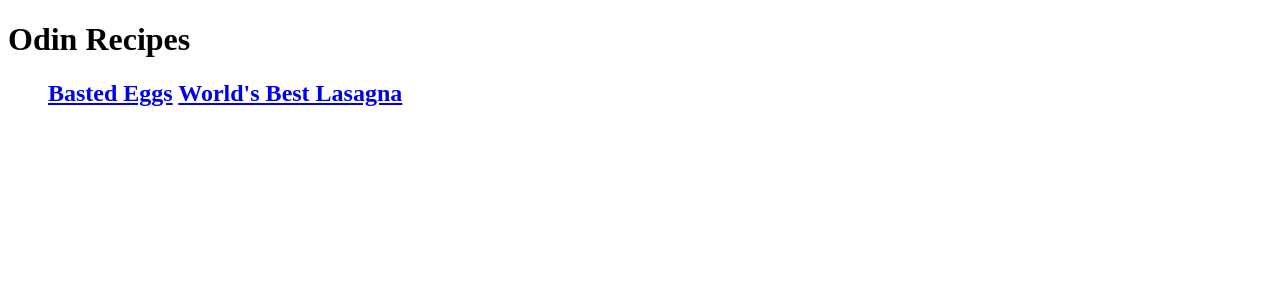
Repository: rickypcyt/odinproyect-recipes-web
Page: index.html
An editor plug-in stored every save of this project. The page is shown before and after the next save, followed by the edit.
The browser window is 1280 px wide. The pictures show the whole page.

Above is the page before, as saved 2022-09-20 16:57:16.

### index.html
<!DOCTYPE html>
<html lang="en">
  <head>
    <meta charset="UTF-8" />
    <meta http-equiv="X-UA-Compatible" content="IE=edge" />
    <meta name="viewport" content="width=device-width, initial-scale=1.0" />
    <title>Odin recipes</title>
  </head>
  <body>
    <h1>Odin Recipes</h1>
    <ol>
      <h2>
        <ol></ol>
        <a href="recipes/BastedEggs.html">Basted Eggs</a>
        <a href="recipes/Lasagna.html">World's Best Lasagna</a>
      </h2>
    </ol>
  </body>
</html>

After the next save:
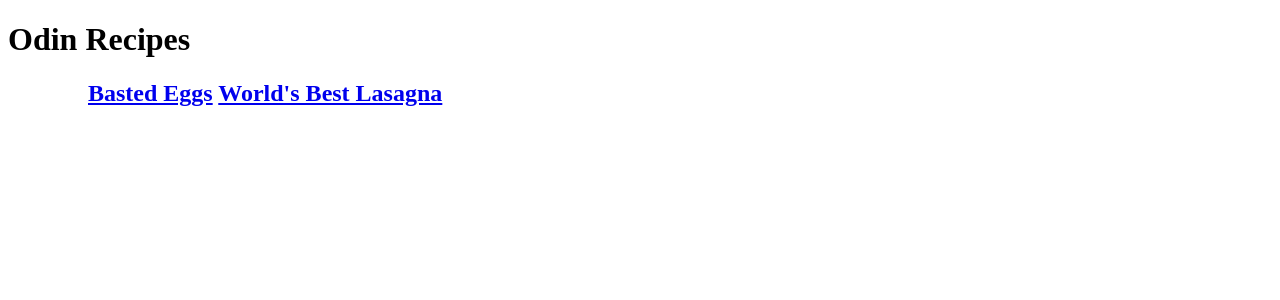
Saved 4 s later.
--- a/index.html
+++ b/index.html
@@ -10,9 +10,10 @@
     <h1>Odin Recipes</h1>
     <ol>
       <h2>
-        <ol></ol>
-        <a href="recipes/BastedEggs.html">Basted Eggs</a>
-        <a href="recipes/Lasagna.html">World's Best Lasagna</a>
+        <ol>
+          <a href="recipes/BastedEggs.html">Basted Eggs</a>
+          <a href="recipes/Lasagna.html">World's Best Lasagna</a>
+        </ol>
       </h2>
     </ol>
   </body>
